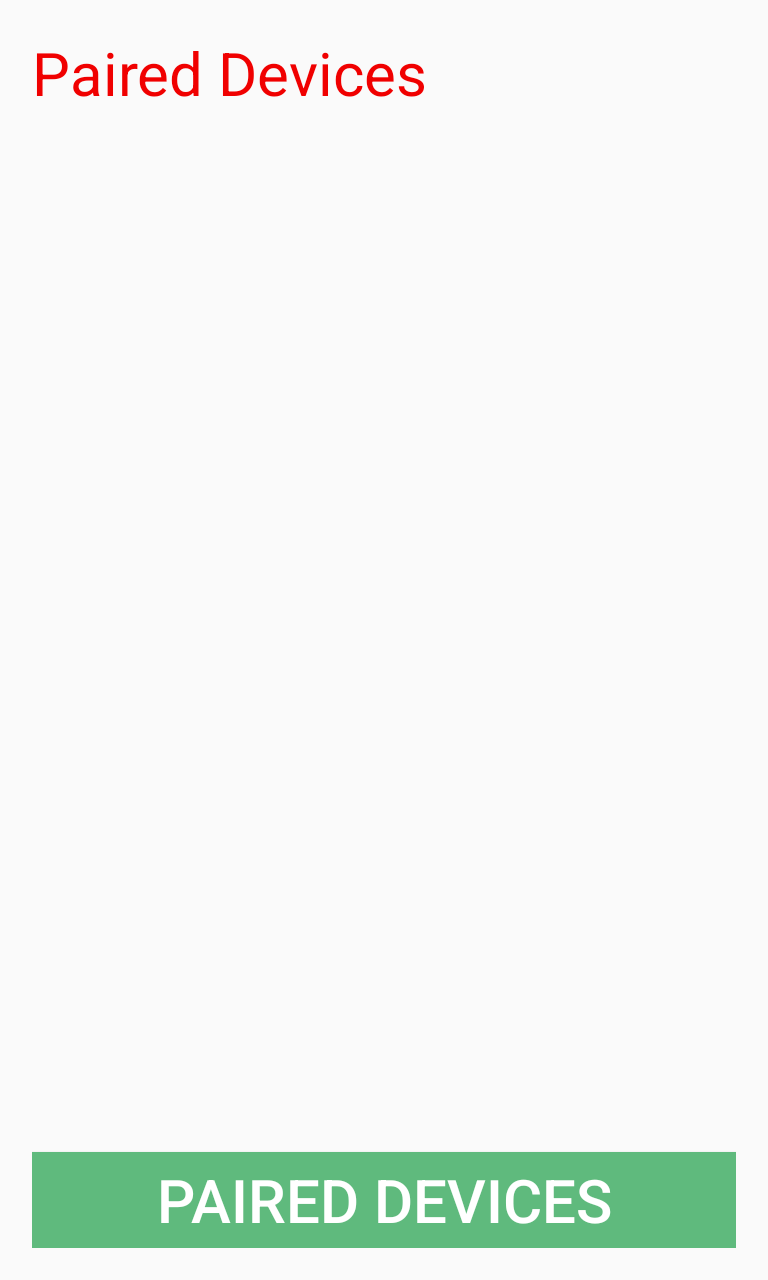
Repository: FisherKei/EclipseWorkspace
Layout: PIC_HC05_DS1307/PIC_HC06_DS1307/res/layout/activity_main.xml
The author's editor kept a copy of each file at every save. The layout is drawn from the files as they stood at one save, then again after the next save.
It is drawn on a 768 x 1280 px phone screen (xhdpi) without system bars, with theme AppTheme; the app's code is not run. Lists and similar views that code fills are empty. The app's manifest (not shown) leaves right-to-left support off. So textAlignment, textDirection and layoutDirection are ignored, and left and right values win over start and end ones.

Above is the layout before, as saved 2016-06-27 13:14:04.

### PIC_HC05_DS1307/PIC_HC06_DS1307/res/layout/activity_main.xml
<RelativeLayout xmlns:android="http://schemas.android.com/apk/res/android"
    xmlns:tools="http://schemas.android.com/tools" android:layout_width="match_parent"
    android:layout_height="match_parent" android:paddingLeft="@dimen/activity_horizontal_margin"
    android:paddingRight="@dimen/activity_horizontal_margin"
    android:paddingTop="@dimen/activity_vertical_margin"
    android:paddingBottom="@dimen/activity_vertical_margin" tools:context=".DeviceList">

    <TextView
        android:layout_width="wrap_content"
        android:layout_height="wrap_content"
        android:textColor="#F00000"
        android:textSize="30sp"
        android:text="@string/strBtnPaired"
        android:id="@+id/textView"
        android:layout_alignParentTop="true"
        android:layout_alignParentLeft="true"
        android:layout_alignParentStart="true" />

    <Button
        android:layout_width="wrap_content"
        android:layout_height="wrap_content"
		android:background="#5FBA7D"
        android:textColor="#ffffff"
        android:textSize="30sp"
        android:text="@string/strBtnPaired"
        android:id="@+id/button"
        android:layout_alignParentBottom="true"
        android:layout_alignParentLeft="true"
        android:layout_alignParentStart="true"
        android:layout_alignParentRight="true"
        android:layout_alignParentEnd="true" />

    <ListView
        android:layout_width="wrap_content"
        android:layout_height="wrap_content"
        android:id="@+id/listView"
        android:layout_centerHorizontal="true"
        android:layout_above="@+id/button"
        android:layout_below="@+id/textView" />
</RelativeLayout>

### PIC_HC05_DS1307/PIC_HC06_DS1307/res/values/strings.xml
<?xml version="1.0" encoding="utf-8"?>
<resources>

    <string name="app_name">PIC_HC06_DS1307</string>
    <string name="action_settings">Settings</string>
    <string name="title_activity_led_control">ledControl</string>
	<string name="strTimerVal">mm/dd/yyyy 00:00:00</string>
    <string name="strBtnGetSysTime">Get System Time</string>
    <string name="strBtnSetDateTime">Set Date-Time</string>
    <string name="strInitialDateTime">01/01/2016 00:00:00</string>
    <string name="strTxtvShowSendData">Data send:</string>
    <string name="strTabDate">DATE</string>
    <string name="strTabTime">TIME</string>
    <string name="strBTDisconnect">Disconnect</string>
    <string name="strSendMessage">Input message here &#8230;</string>
    <string name="strBtnSend">Send message</string>
    <string name="strBtnPaired">Paired Devices</string>

</resources>

Loaded but not shown: PIC_HC05_DS1307/PIC_HC06_DS1307/res/values/styles.xml (common file); PIC_HC05_DS1307/PIC_HC06_DS1307/res/values-v11/styles.xml (common file); PIC_HC05_DS1307/PIC_HC06_DS1307/res/values-v14/styles.xml (common file); PIC_HC05_DS1307/PIC_HC06_DS1307/res/values-w820dp/dimens.xml (common file); PIC_HC05_DS1307/PIC_HC06_DS1307/res/values/dimens.xml (common file)

After the next save:
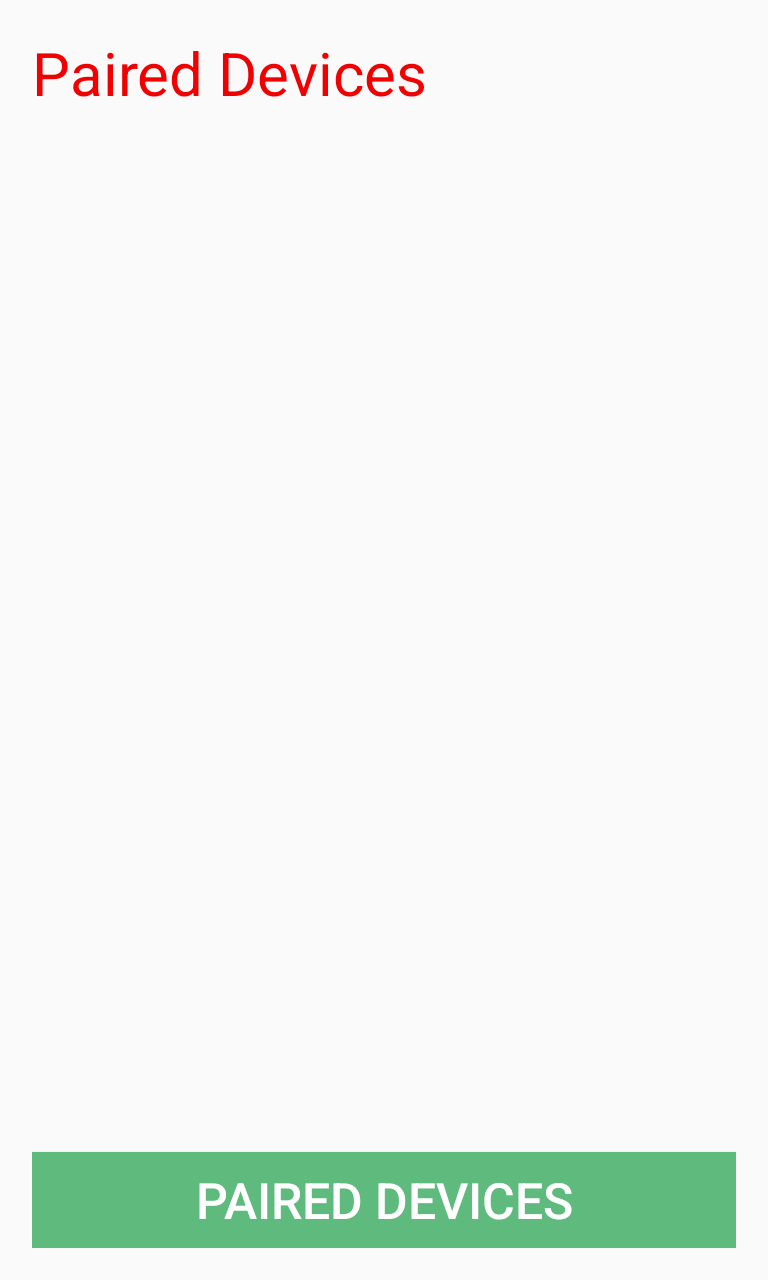
Saved 11 s later.
--- a/PIC_HC05_DS1307/PIC_HC06_DS1307/res/layout/activity_main.xml
+++ b/PIC_HC05_DS1307/PIC_HC06_DS1307/res/layout/activity_main.xml
@@ -21,7 +21,7 @@
         android:layout_height="wrap_content"
 		android:background="#5FBA7D"
         android:textColor="#ffffff"
-        android:textSize="30sp"
+        android:textSize="25sp"
         android:text="@string/strBtnPaired"
         android:id="@+id/button"
         android:layout_alignParentBottom="true"
